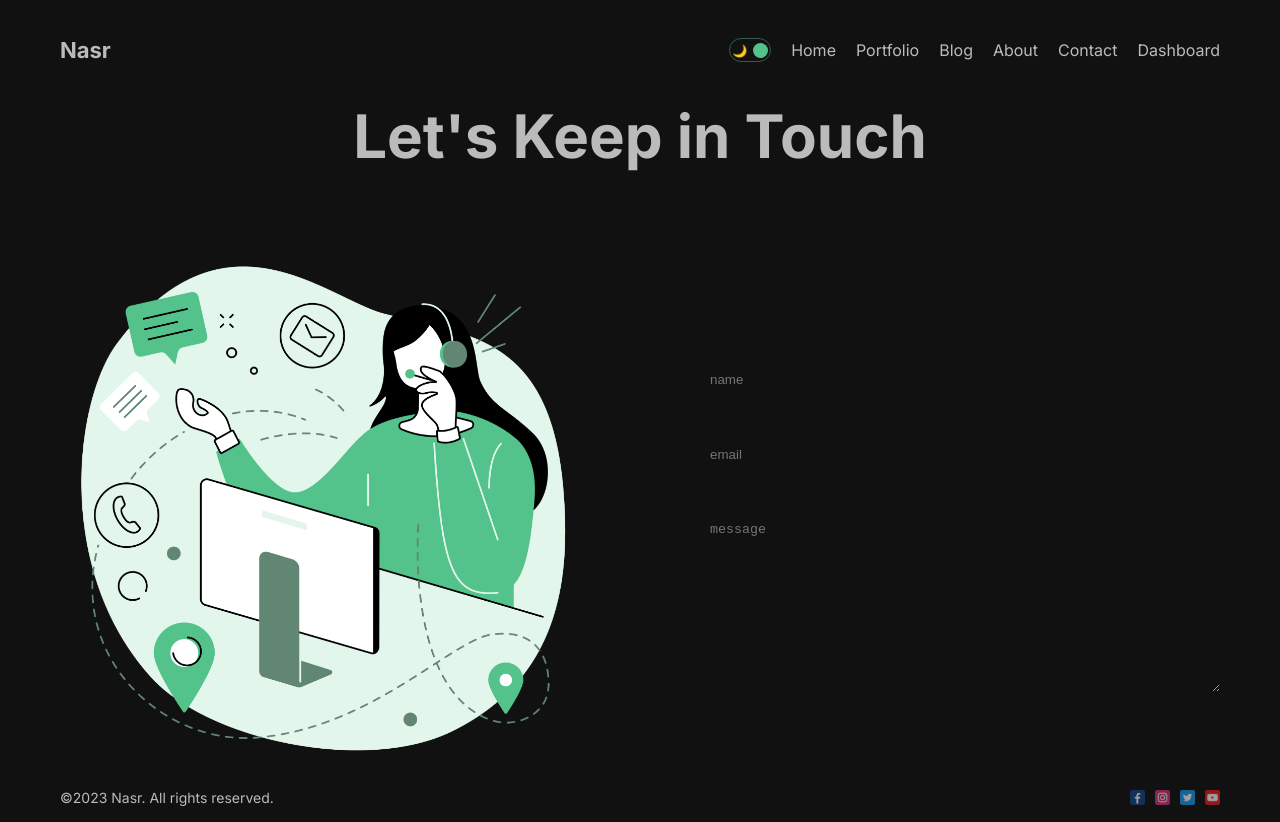
Repository: MoNasr2022/Nast-Blog
Page: /contact
An editor plug-in stored every save of this project. The page is shown before and after the next save, followed by the edit.
The browser window is 1280 px wide. The pictures show the whole page.
The page's requests for data from a server got no answer. The project was rebuilt for these pictures with package versions that can differ from the ones it lists, and the page was loaded fresh each time. The framework's server and built-in components were replaced by stand-ins that run in the browser. No one was signed in, and anything a server would have sent is missing. Also part of the build but not shown: next.config.js, src/components/Button/button.module.css, src/components/Button/Button.jsx.

Above is the page before, as saved 2023-06-15 14:02:58.

After the next save:
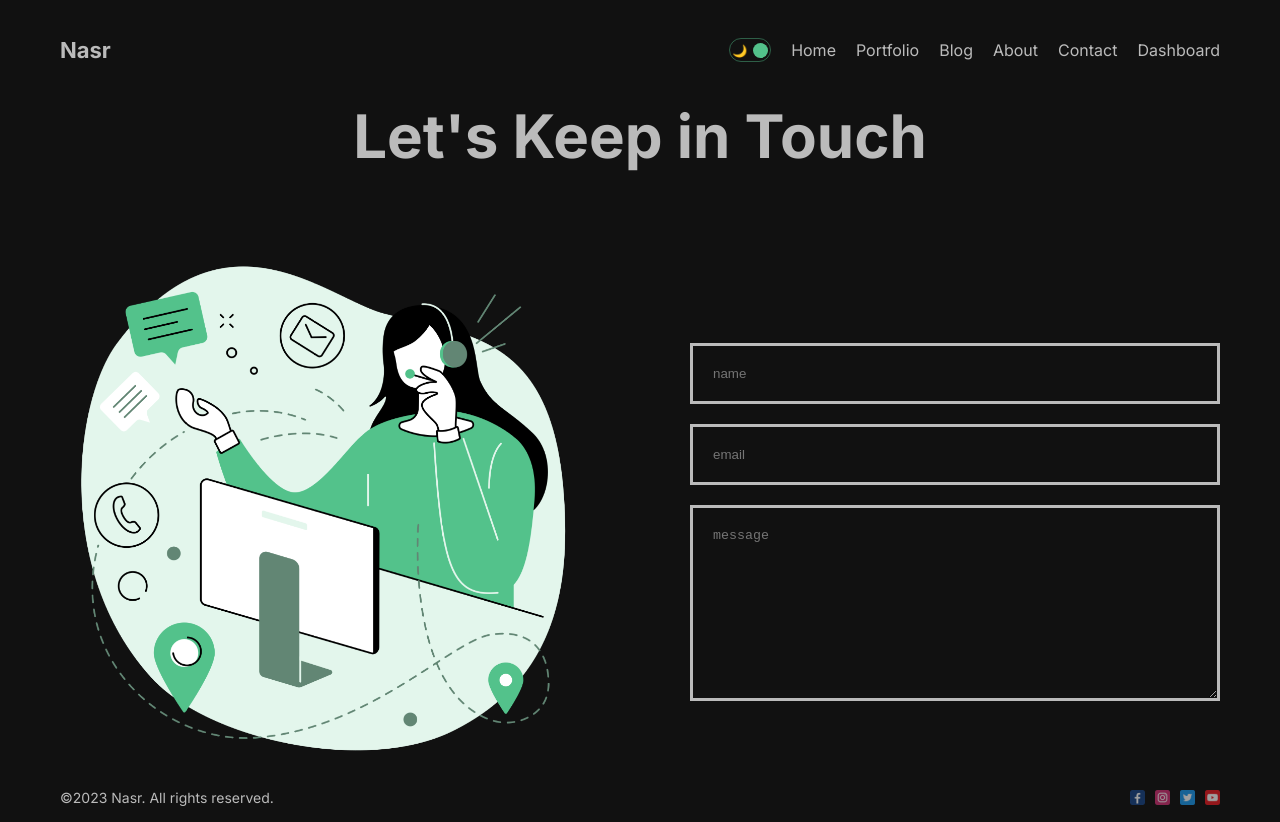
Saved 6 s later.
--- a/src/app/contact/page.module.css
+++ b/src/app/contact/page.module.css
@@ -95,5 +95,5 @@
   border: none;
   outline: none;
   color: #bbb;
-
+  border: 3px solid #bbb;
 }
